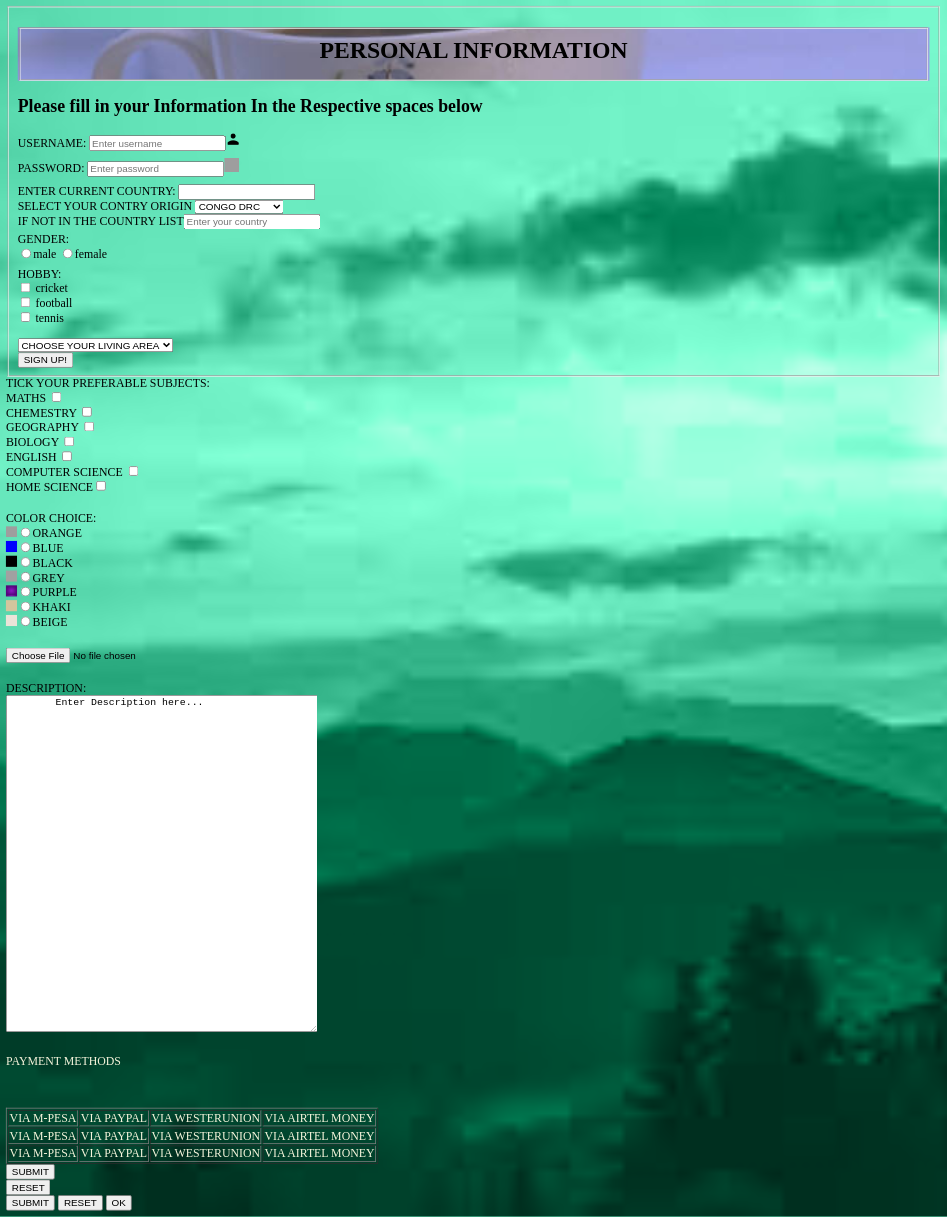
Repository: mirambialex/myform
Page: website/INDEX.HTML
The author's editor kept a copy of each file at every save. The page is drawn from the files as they stood at one save, then again after a run of saves.
The browser window is 1280 px wide. The pictures show the whole page, at 74% of full size.
Pictures or frames that could not be fetched are drawn as grey boxes.

Above is the page before, as saved 2024-04-18 11:29:31.

### website/INDEX.HTML
<!DOCTYPE html>
<html lang="en">
<head>

    <title>WEBPAGE DESIGN</title>
    <LINK REL="STYLESHEET" HREF="STYLE.CSS">
</head>
<body>
   <FOrm> <FIEldset>
            <DIV class="AI">
                <h1><FIEldset>PERSONAL INFORMATION </FIEldset></h1>
</DIV>
<DIV CLASS="BI"> <H2>
    Please fill in your Information In the Respective spaces below
</H2>
</DIV>
<div class="gb">
 <DIV class="MAIN">USERNAME: <INPUT TYPE="TEXT" placeholder="Enter username"><img width="20" height="20" src="user.jpg"<br/>

 </DIV>
 <DIV class="A"> PASSWORD: <INPUT TYPE="PASSWORD" placeholder="Enter password"><img width="20" height="20" src="https://img.icons8.com/ios-filled/50/lock.png" alt="lock"/> <br/></DIV>
    <DIV class="AB">
        ENTER CURRENT COUNTRY: <INPUT type="text"></INPUT>
    </DIV>
    <DIV CLASS="B">
        SELECT YOUR CONTRY ORIGIN <SELect>
            <OPTIon>CONGO DRC</OPTIon>
            <OPTIon>KENYA</OPTIon>
            <OPTIon>SUDAN</OPTIon>
            <OPTIon>SOUTH SUDAN</OPTIon>
            <OPTIon>RWANDA</OPTIon>
            <OPTIon>BURUNDI</OPTIon>
            <OPTIon>UGANDA</OPTIon>
            <OPTIon>TANZANIA</OPTIon>
            <OPTIon>SOMALIA</OPTIon>

        </SELect> <br/>
    </DIV>
    <div class="wcb">
    IF NOT IN THE COUNTRY LIST<INPUt type="TEXT" placeholder="Enter your country"</INPUt>
    </div>
<div class="d">
<LAbeL for="GENDER">GENDER: </LAbel><BR/>
<INPUT type="radio" ID="GENDER" name="GENDER" VALUE="male"/>male
<INPUT type="radio" ID="GENDER" name="GENDER" VALUE="female"/>female <br/>
</div>
<div class="e">
HOBBY:<br>
<input type="checkbox" id="cricket" name="cricket" value="cricket"/>
<label for="cricket">cricket</label> <br>
<input type="checkbox" id="football" name="football" value="football"/>
<label for="football">football</label> <br>
<input type="checkbox" id="tennis" name="tennis" value="tennis"/>
<label for="tennis">tennis</label> <br>
<br/> </div>
<div class="address">
    <select name="address">
        <option value="one">CHOOSE YOUR LIVING AREA</option>
        <option>kakuma town</option>
        <option>kakuma 1</option>
        <option>kakuma 2</option>
        <option>kakuma 3</option>
        <option>kakuma 4</option>
        <option>kalobeyeyi</option>
    </select>
</div>
<DIV class="C"><BUTTon>SIGN UP!</BUTTon></DIV>
</FIEldset>
</div>
</div>
</DIV>
</FORM>
<FORM>
    <DIV class="FORM"></A>TICK YOUR PREFERABLE SUBJECTS: <BR/>
    MATHS <input TYPE="checkbox" NAME="MATHS" VALUE="ON"><BR/>
    CHEMESTRY <INPUT type="checkbox" NAME="CHEMESTRY" VALUE="ON"><BR/>
        GEOGRAPHY <INPUT type="checkbox" NAME="GEOGRAPHY" value="ON"><BR/>
            BIOLOGY <INPUT type="checkbox" NAME="BIOLOGY" VALUE="ON"><BR/>
                ENGLISH <input type="checkbox" name="ENGLISH" value="ON"><BR/>
                COMPUTER SCIENCE <input TYPE="checkbox" name="COMPUTER SCIENCE" value="ON"><BR/>
                HOME SCIENCE<input type="checkbox" name="HOME SCIENCE" VALUE="ON"></BR></DIV>
                <DIV class="FORM2">
                    <LAbel FOR="COLOR CHOICE">COLOR CHOICE:</LAbel><BR/>
                    <IMG WIDTH="15" HEIGHT="15" SRC="ORAGE.JPG"><INPut type="RADIO" NAME="COLOR" VALUE="ORANGE">ORANGE</INPut><BR/>
                    <IMG WIDTH="15" HEIGHT="15" SRC="BLUE.JPG"><INPut type="RADIO" NAME="COLOR" VALUE="BLUE">BLUE</INPut><BR/>
                    <IMG WIDTH="15" HEIGHT="15" SRC="BLACK.JPG"><INPut type="RADIO" NAME="COLOR" VALUE="BLACK">BLACK</INPut><BR/>
                    <IMG WIDTH="15" HEIGHT="15" SRC="GREY.JPG"><INPut type="RADIO" NAME="COLOR" VALUE="GREY">GREY</INPut><BR/>
                    <IMG WIDTH="15" HEIGHT="15" SRC="PURPLE.JPG"><INPut type="RADIO" NAME="COLOR" VALUE="PURPLE">PURPLE</INPut><BR/>
                    <IMG WIDTH="15" HEIGHT="15" SRC="KHAKI.JPG"><INPut type="RADIO" NAME="COLOR" VALUE="KHAKI">KHAKI</INPut><BR/>
                    <IMG WIDTH="15" HEIGHT="15" SRC="BEIGE.JPG"><INPut type="RADIO" NAME="COLOR" VALUE="BEIGE">BEIGE</INPut><BR/>
                </DIV>
                <DIV class="FILE"><INPUT TYPE="FILE" NAME="FILEUPLOAD" accept="IMAGE/*" /></DIV>
                <DIV class="FORM1">
    DESCRIPTION: <br/>
    <textarea name="Description" cols="50" rows="30">
        Enter Description here...
    </textarea>
</DIV>
<DIV class="TABLE1">
    <TABle border="1">PAYMENT METHODS<BR/>
    <TR><BR/>
    <TD>VIA M-PESA</TD>
    <TD>VIA PAYPAL</TD>
    <TD>VIA WESTERUNION</TD>
    <TD>VIA AIRTEL MONEY</TD>
</TR>
<TR><BR/>
    <TD>VIA M-PESA</TD>
    <TD>VIA PAYPAL</TD>
    <TD>VIA WESTERUNION</TD>
    <TD>VIA AIRTEL MONEY</TD>
</TR>
<TR><BR/>
    <TD>VIA M-PESA</TD>
    <TD>VIA PAYPAL</TD>
    <TD>VIA WESTERUNION</TD>
    <TD>VIA AIRTEL MONEY</TD>
</TR>
</TABle>
</DIV>
<FORm class="FORM5">
<INPut type="submit" name="submit" value="SUBMIT"></INPut><BR/>
<INPut type="RESET" name="RESET" value="RESET"></INPut><BR/>
<INPut type="HIDDEN" name="HIDDEN" value="HIDDEN"></INPut>
</FORM>
<FOrm>

<INPut type="submit" name="submit" value="SUBMIT"></INPut>
<INPut type="RESET" name="RESET" value="RESET"></INPut>
<INPut type="BUTTON" name="OK" value="OK"></INPut>
</FOrm>
 </body>
</html>

### website/STYLE.CSS
BODY{
    background-image: url(IMAGE.JPG);
    background-color: aquamarine;
    background-position: center;
    background-size: cover;
    background-repeat: no-repeat;
    background-blend-mode: luminosity;
}
H1{
    text-align: center;
}
.O{
    background-color: aliceblue;
    background-image: url(ALEX.PNG.JPG);
}
.MAIN{
    margin-bottom: 0.8%;
    background-color:
}
.A{
    margin-bottom: 0.8%;
}
.c{
    margin-bottom: 1.5%;
    color: blueviolet;
    text-decoration: aqua;
}
.d{
    margin-top: 0.4%;

}
.e{
    margin-top: 0.6%;
}
.AI{
    background-image: url(ALEX.JPG);
    background-repeat: no-repeat;
    background-position: center;
    background-size: cover;
}
.gb{
    display: block;

}
: :-ms-input-placeholder{
    color:red;
}
.address{

}
.FORM1{
    margin-top: 2%;
    margin-bottom: 2%;
}
.TABLE1{
    color: beige;
    border-radius: 20;

}
.FORM2{
    margin-top: 2%;
}
.FILE{
    margin-top: 2%;
}
.SEARCH{
    width: 350PX;
    float: left;
    margin-left: 270PX;
}
.SRCH{
    height: 0;
    width: 200PX;
    background: transparent;
    border: 1PX solid orange;
    font-family: 'Times New Roman';
    margin-top: ;
    color: ;
    font-size: ;
    border-right: ;
}

After the next 2 saves:
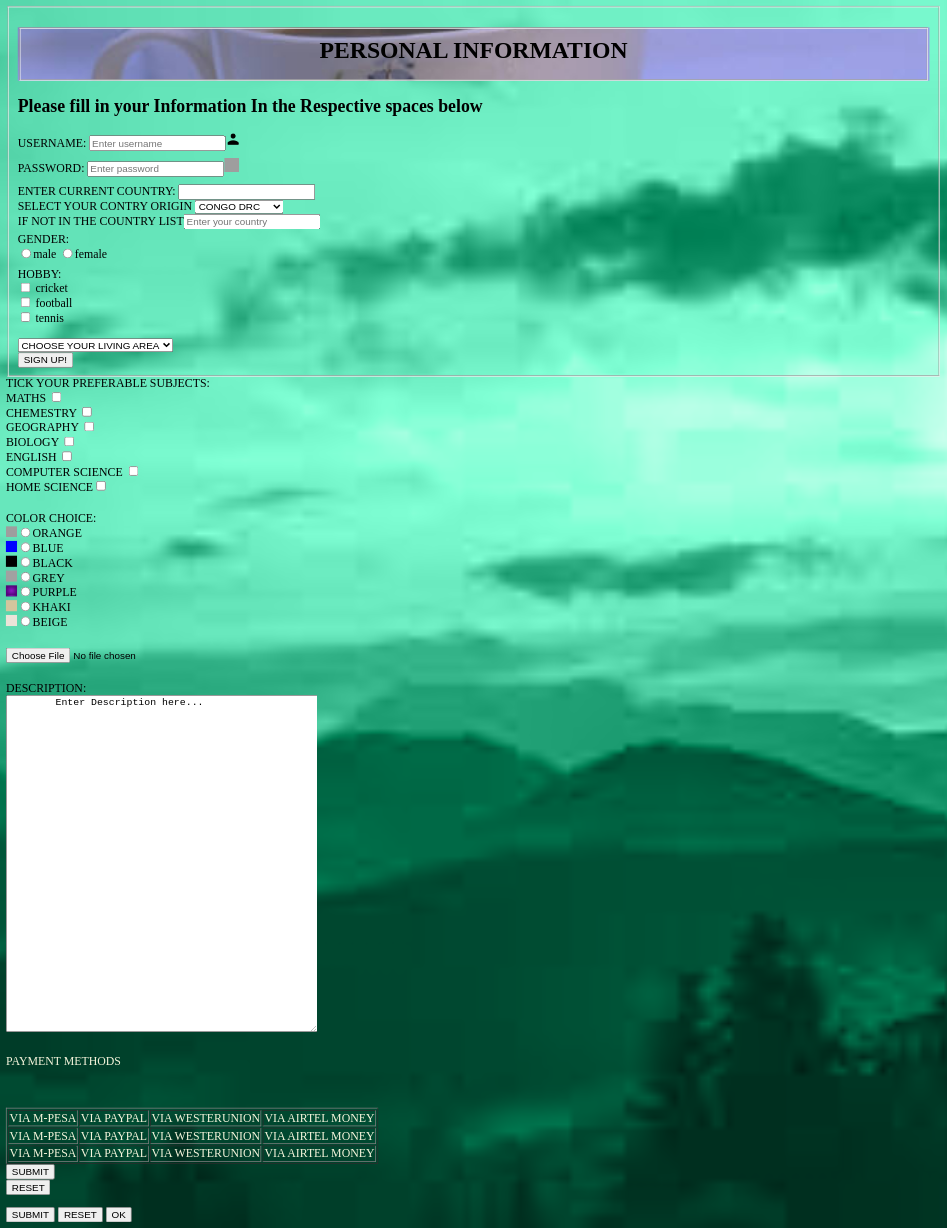
The 2 saves are shown as one change because they came seconds apart.
The last was saved 6 s later.
--- a/website/INDEX.HTML
+++ b/website/INDEX.HTML
@@ -124,7 +124,7 @@ HOBBY:<br>
 <INPut type="HIDDEN" name="HIDDEN" value="HIDDEN"></INPut>
 </FORM>
 <FOrm>
-
+    <P></P>
 <INPut type="submit" name="submit" value="SUBMIT"></INPut>
 <INPut type="RESET" name="RESET" value="RESET"></INPut>
 <INPut type="BUTTON" name="OK" value="OK"></INPut>
